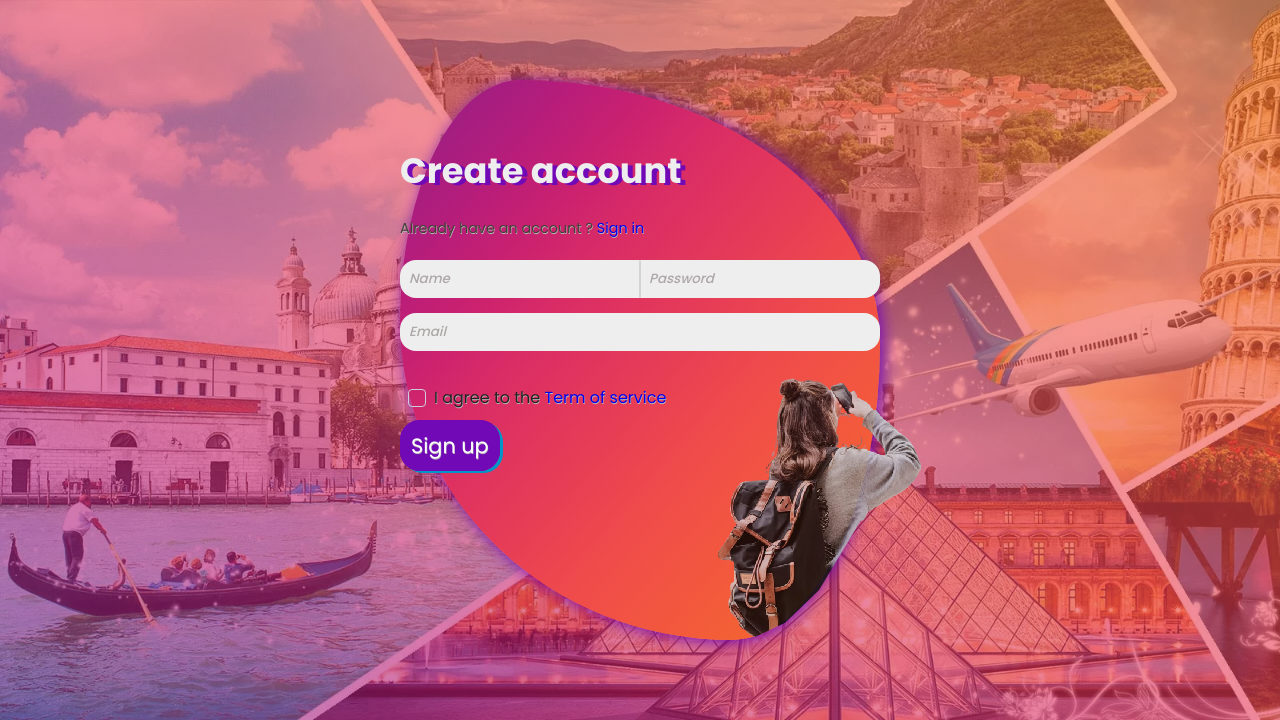
Repository: Yuukicoder/Techfest1
Page: signup.html
An editor plug-in stored every save of this project. The page is shown before and after the next save, followed by the edit.
The browser window is 1280 px wide. The pictures show the whole page.
Some web fonts or font styles are not loaded; a fallback is used.

Above is the page before, as saved 2022-11-05 21:46:31.

After the next save:
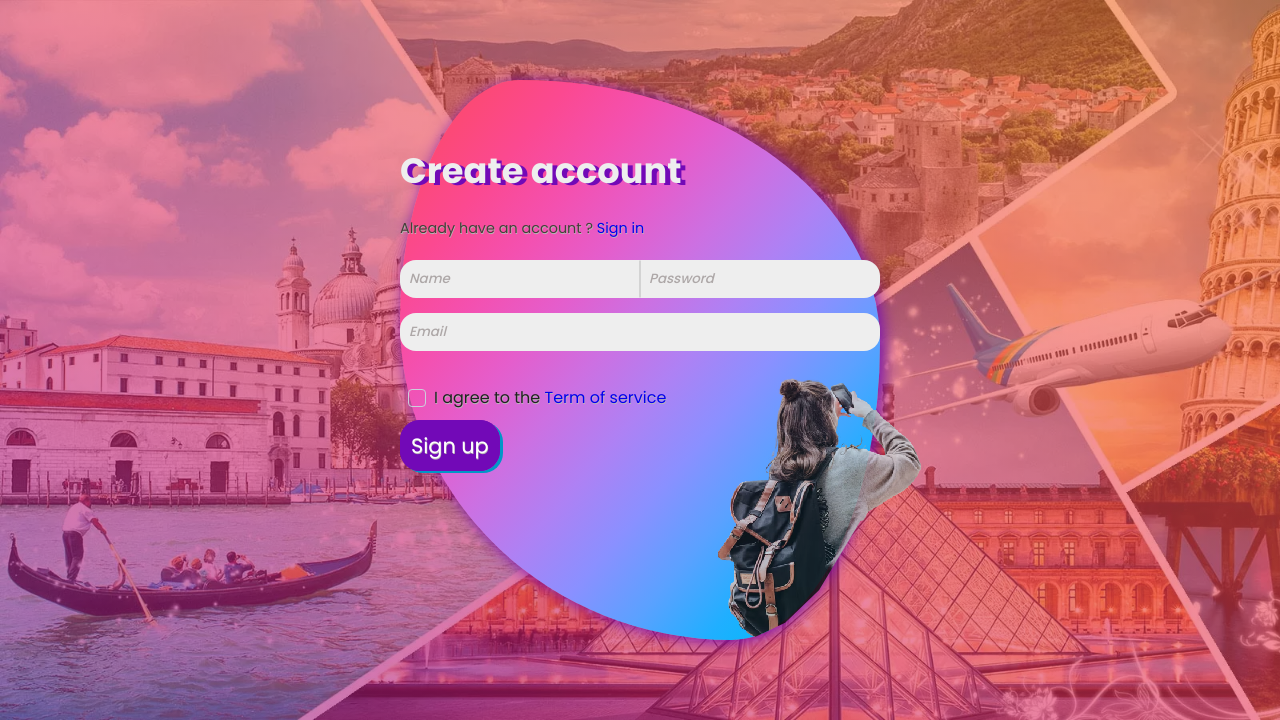
Saved 98 s later.
--- a/signup.css
+++ b/signup.css
@@ -74,19 +74,19 @@ img {
 
 .box {
   background-image: linear-gradient(
-    to right bottom,
-    #8a2387,
-    #a21e81,
-    #b71d7a,
-    #ca2170,
-    #d92c66,
-    #e2355d,
-    #e93f54,
-    #ef4b4b,
-    #f25442,
-    #f35d38,
-    #f3672d,
-    #f27121
+    to left top,
+    #12c2e9,
+    #00baf7,
+    #20afff,
+    #5ba1ff,
+    #8a90ff,
+    #ae81f4,
+    #cc70e2,
+    #e55dcb,
+    #f450af,
+    #fb4991,
+    #fc4975,
+    #f64f59
   );
   border-radius: 25% 75% 31% 69% / 43% 47% 53% 57%;
   height: 35rem;
